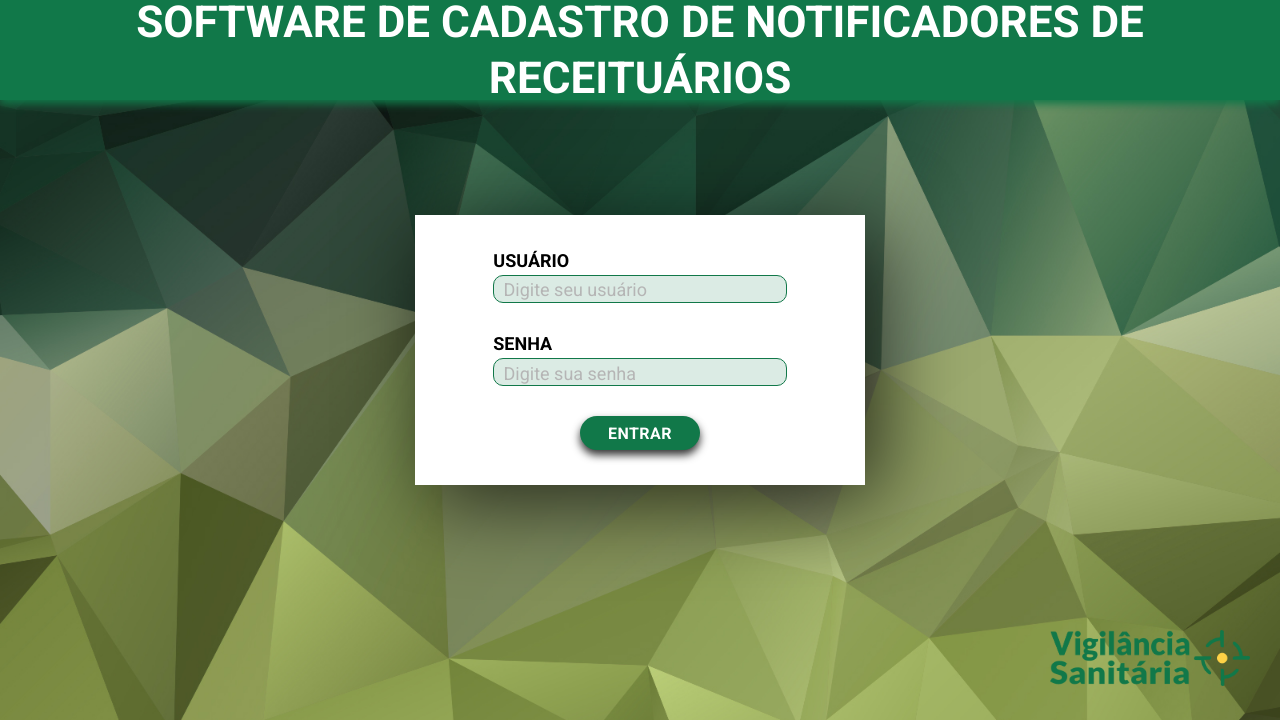
Repository: milena-rosa/web-prescription-notifier
Page: /
An editor plug-in stored every save of this project. The page is shown before and after the next save, followed by the edit.
The browser window is 1280 px wide. The pictures show the whole page.
The project was rebuilt for these pictures with package versions that can differ from the ones it lists, and the page was loaded fresh each time. Also part of the build but not shown: src/pages/Home/styles.ts, src/pages/Home/index.tsx.

Above is the page before, as saved 2021-11-07 13:30:32.

After the next save:
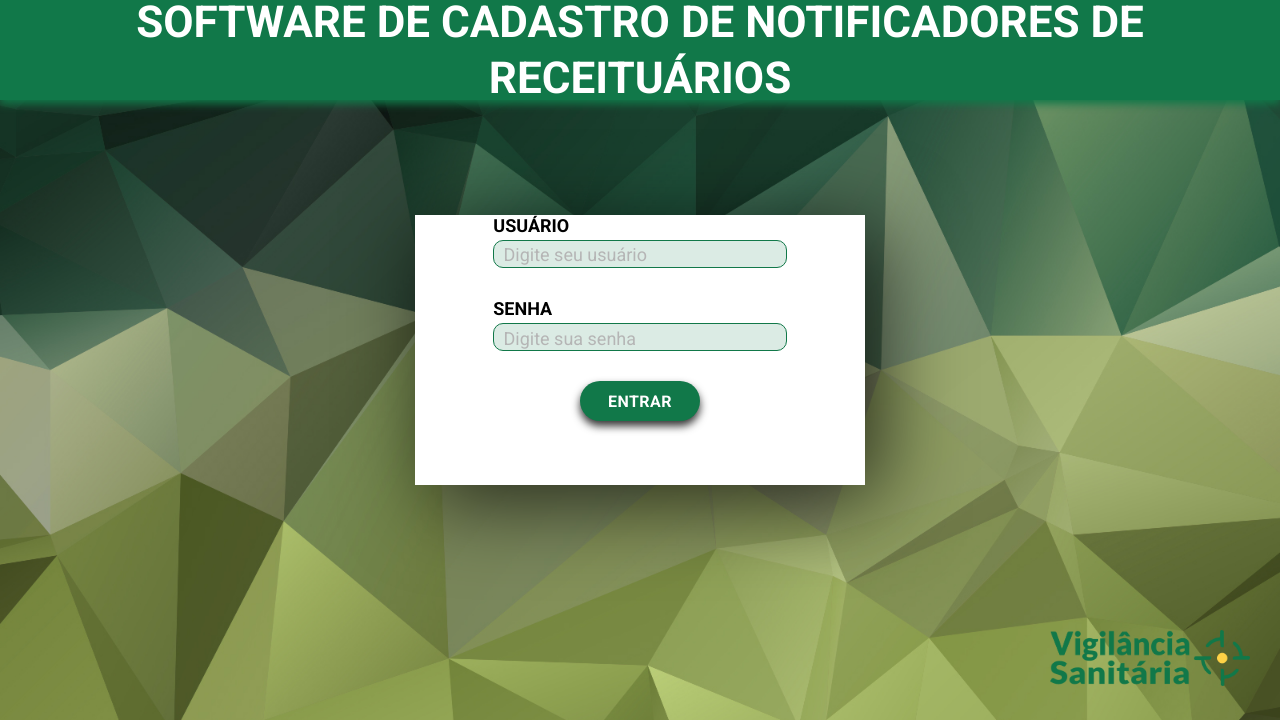
Saved 17 s later.
--- a/src/pages/SignIn/styles.ts
+++ b/src/pages/SignIn/styles.ts
@@ -39,7 +39,6 @@
     filter: drop-shadow(15px 15px 42px rgba(0, 0, 0, 0.7));
     flex-direction: column;
     height: 16.875rem;
-    padding: 2.1875rem 4.6875rem;
     width: 28.125rem;
   }
 
